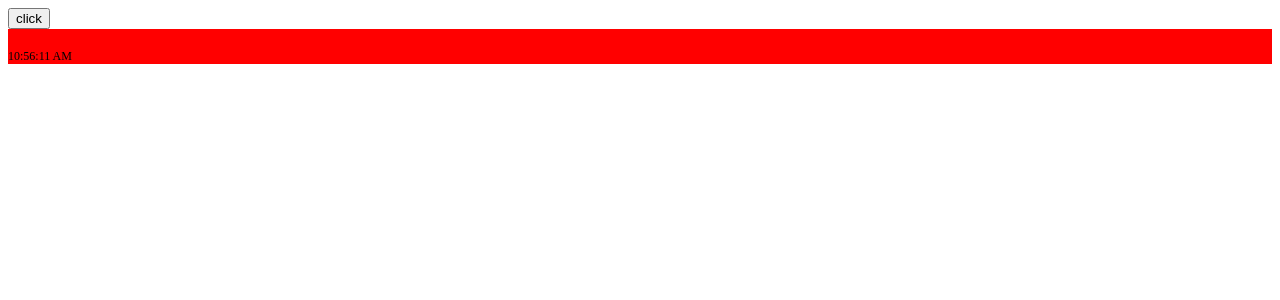
Repository: 572031690/newvue
Page: 学习demo/test.html
These files come from the project's save history. The page is drawn as it stood at one moment and after the next save; the edit follows.
The browser window is 1280 px wide. The pictures show the whole page.

Above is the page before, as saved 2021-08-10 16:10:27.

### 学习demo/test.html
<!DOCTYPE html>
<html>
	<head>
		<meta charset="utf-8">
		<title>常量</title>
        <script src="https://cdn.jsdelivr.net/npm/vue@2/dist/vue.js"></script>
	</head>
	<body>
        <div id="box">
           <button @click="handlecheck()">click</button>

            <!-- <ul> -->
                <!-- transition-group会实例化成tag里的标签 默认是span
                齐还需要里面的组件设置key值-->
                <transition name='ddd'>
                    <div class="ddd1" v-show='show'>123
                        <div>156</div>
                    </div>
                </transition>

            <!-- </ul> -->
            <div style="background-color: red;">
              <div style="border: 1px solid black;width: 100px;float: left;opacity: 0;">加油中国</div>
              <!-- <div style="border: 1px solid black;width: 600px;">底部栏</div> -->
              <div style="clear:both;">{{getData()}}</div>
            </div>

        </div>

		<script type="text/javascript">
			var vm =new Vue({
                el:"#box",//vue渲染开始的地方
                data:{
                        list : [],
                        text:'',
                        show:false,


                },//状态
                methods: {
                    handlecheck(){
                        this.show = !this.show
                    },
                    del(key){

                    },
                    getData() {
                      const unixTimeZero = new Date().toLocaleTimeString()
                      let CurrentDate = new Date()
                      return unixTimeZero
                    }
                },
            })
		</script>
        <style>
            .ddd1{
                width: 6.25rem;
                height: 6.25rem;
                background: #000;
                overflow: hidden;
                color:red;
            }

            .ddd-enter-active, .ddd-leave-active{
                transition:  height 1.5s;
            }
            .ddd-enter,.ddd-leave-to{
                height: 0;
            }


        </style>
        <script src="./lib/rem自适应大小/flexible.js"></script>
	</body>
</html>

### 学习demo/lib/rem自适应大小/flexible.js
(function flexible(window, document) {
  var docEl = document.documentElement;
  var dpr = window.devicePixelRatio || 1;

  // adjust body font size
  function setBodyFontSize() {
    if (document.body) {
      document.body.style.fontSize = 12 * dpr + "px";
    } else {
      document.addEventListener("DOMContentLoaded", setBodyFontSize);
    }
  }
  setBodyFontSize();

  // set 1rem = viewWidth / 10
  function setRemUnit() {
    var rem = docEl.clientWidth / 24;  //所以一rem等于1920/24 = 80
    docEl.style.fontSize = rem + "px";
  }

  setRemUnit();

  // reset rem unit on page resize
  window.addEventListener("resize", setRemUnit);
  window.addEventListener("pageshow", function(e) {
    if (e.persisted) {
      setRemUnit();
    }
  });

  // detect 0.5px supports
  if (dpr >= 2) {
    var fakeBody = document.createElement("body");
    var testElement = document.createElement("div");
    testElement.style.border = ".5px solid transparent";
    fakeBody.appendChild(testElement);
    docEl.appendChild(fakeBody);
    if (testElement.offsetHeight === 1) {
      docEl.classList.add("hairlines");
    }
    docEl.removeChild(fakeBody);
  }
})(window, document);

After the next save:
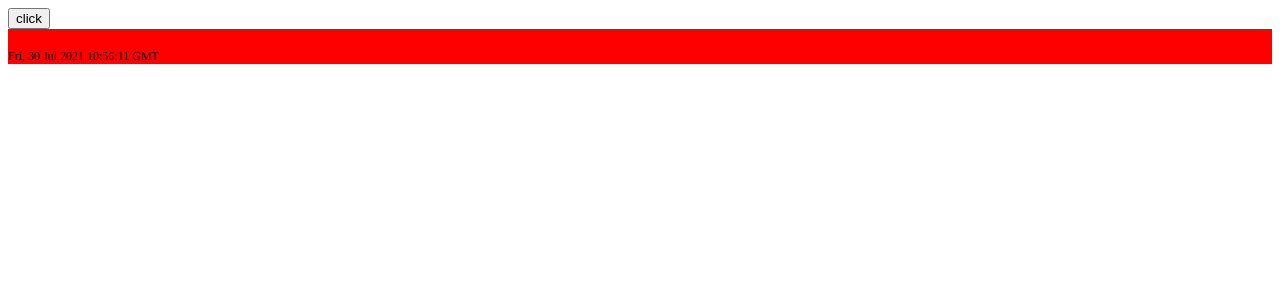
Saved 14 s later.
--- a/学习demo/test.html
+++ b/学习demo/test.html
@@ -45,7 +45,7 @@
 
                     },
                     getData() {
-                      const unixTimeZero = new Date().toLocaleTimeString()
+                      const unixTimeZero = new Date().toUTCString()
                       let CurrentDate = new Date()
                       return unixTimeZero
                     }
